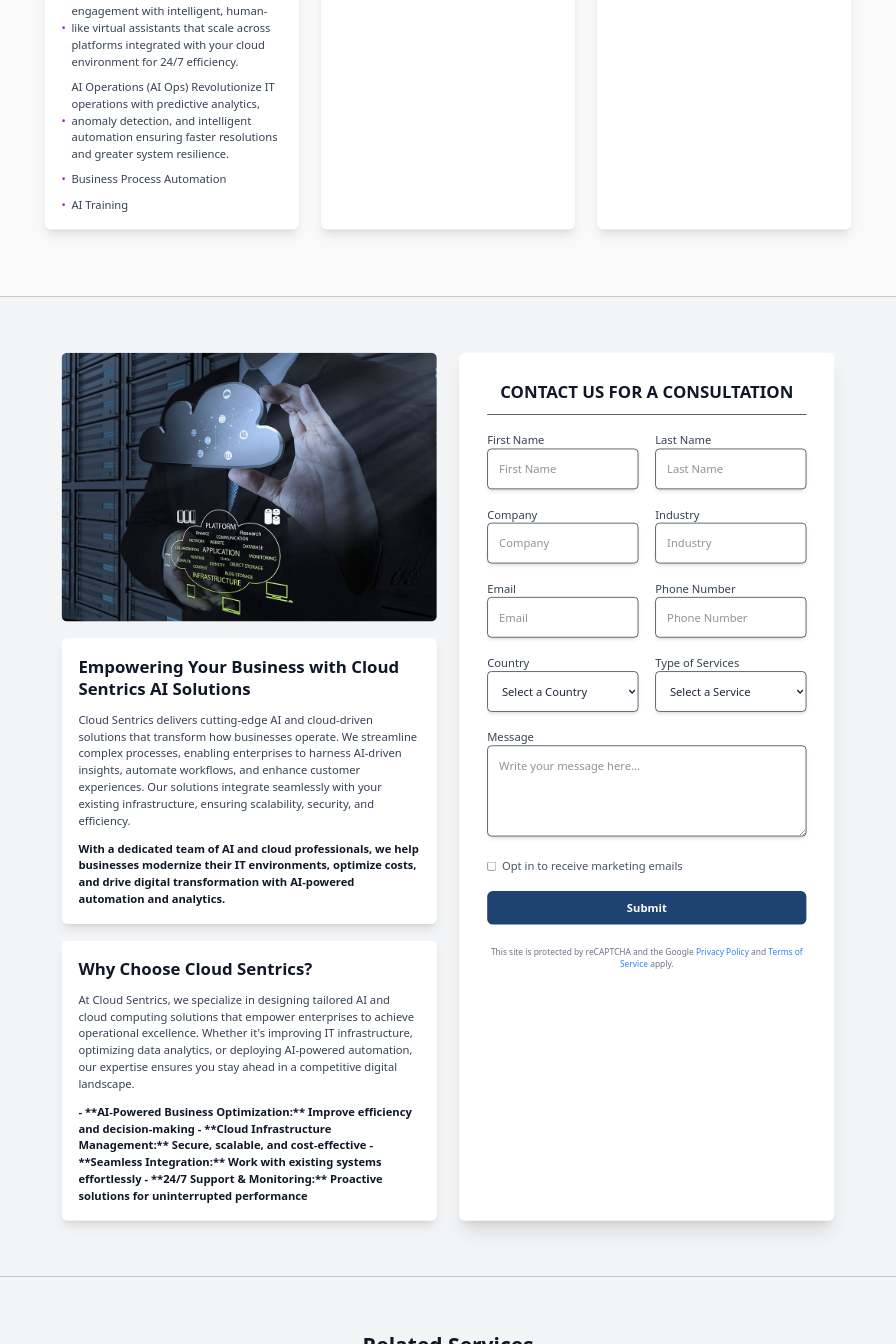
Repository: chykesure/cloudsentrics_
Page: /ai
The author's editor kept a copy of each file at every save. The page is drawn from the files as they stood at one save, then again after a run of saves.
The browser window is 1280 px wide. The pictures show the part of the page from y = 1567 to 3487 px (the page is 4328 px tall before and 4424 px after), at 70% of full size.
The page's requests for data from a server got no answer. The project was rebuilt for these pictures with package versions that can differ from the ones it lists, and the page was loaded fresh each time. No one was signed in, and anything a server would have sent is missing. Also part of the build but not shown: vite.config.js, src/pages/Header.jsx, src/pages/Footer.jsx, src/pages/students/Reviews.jsx, src/pages/students/Testimony.jsx, src/pages/students/TestimonyLanding.jsx, src/pages/LandingPage.jsx, src/pages/students/Header.jsx and 41 more.

Above is the page before, as saved 2025-04-09 20:17:13.

### src/index.css
@import "tailwindcss";

@keyframes zoomInOut {
    0% {
        transform: scale(1);
    }
    100% {
        transform: scale(1.1);
    }
}

.zoom-animation {
    animation: zoomInOut 5s infinite alternate ease-in-out;

}

### src/App.jsx
import { BrowserRouter as Router, Routes, Route } from "react-router-dom";
import LandingPage from "./pages/LandingPage";
import StudentPage from "./pages/students/StudentPage";
import AboutUs from "./pages/students/AboutUs/AboutUs";
import "./App.css";
import AWS from "./pages/students/courses/AWS";
import DevSecOps from "./pages/students/courses/DevSecOps";
import AZURE from "./pages/students/courses/AZURE";
import Blogs from "./pages/students/blogs/Blogs";
import EventsPage from "./pages/students/events/EventsPage";
import FloatsButtons from "./pages/FloatsButtons";
import PartnerPage from "./pages/partners/home/PartnerPage";
import Ai from "./pages/partners/menu/ai";
import CloudSecurity from "./pages/partners/menu/cloudsecurity";
import IOT from "./pages/partners/menu/iot";
import Technology from "./pages/partners/menu/technology";
import Workplace from "./pages/partners/menu/workplace";
import InsightMenu from "./pages/partners/main_menu/insight";
import NewsPage from "./pages/partners/main_menu/news";
import CaseStudy from "./pages/partners/main_menu/casestudy";
import AboutCloud from "./pages/partners/main_menu/aboutus";
import Careers from "./pages/partners/main_menu/careers";
import ContactUs from "./pages/partners/main_menu/contact";

function App() {
  return (
    <Router>
      <div className="flex flex-col min-h-screen">
        {/* Floating Buttons will always be visible */}
        <FloatsButtons />

        <div className="flex-grow pt-20"> {/* Adjust padding-top based on header height */}
          <Routes>

            {/* Student Section */}
            <Route path="/" element={<LandingPage />} />
            <Route path="/StudentPage" element={<StudentPage />} />
            <Route path="/about" element={<AboutUs />} />
            <Route path="/courses/AWS" element={<AWS />} />
            <Route path="/courses/Azure" element={<AZURE />} />
            <Route path="/courses/DevSecOps" element={<DevSecOps />} />
            <Route path="/blog" element={<Blogs />} />
            <Route path="/events" element={<EventsPage />} />

            {/* The Partner Section */}
            <Route path="/PartnerPage" element={<PartnerPage />} />
            <Route path="/ai" element={<Ai />} />
            <Route path="/cloud-security" element={<CloudSecurity />} />
            <Route path="/iot" element={<IOT />} />
            <Route path="/technology" element={<Technology />} />
            <Route path="/modern-workplace" element={<Workplace />} />
            <Route path="/insights" element={<InsightMenu />} />
            <Route path="/news" element={<NewsPage />} />
            <Route path="/case-studies" element={<CaseStudy />} />
            <Route path="/about-cloudsentrics" element={<AboutCloud />} />
            <Route path="/careers" element={<Careers />} />
            <Route path="/contact" element={<ContactUs />} />
          </Routes>
        </div>
      </div>
    </Router>
  );
}

export default App;

### src/pages/FloatsButtons.jsx
import { FaWhatsapp, FaArrowUp } from "react-icons/fa";
import { motion } from "framer-motion";

const FloatsButtons = () => {
    const scrollToTop = () => {
        window.scrollTo({ top: 0, behavior: "smooth" });
    };

    return (
        <>
            {/* Floating WhatsApp Button (Left) */}
            <motion.a
                href="https://wa.me/message/62QVNSESZ56FC1"
                target="_blank"
                rel="noopener noreferrer"
                className="fixed bottom-6 left-6 bg-green-500 text-white p-4 rounded-full shadow-lg flex items-center justify-center z-50"
                title="Chat with us on WhatsApp"
                animate={{ y: [0, -10, 0] }}
                transition={{ duration: 1.5, repeat: Infinity, repeatType: "reverse", ease: "easeInOut" }}
                whileHover={{ scale: 1.2 }}
            >
                <FaWhatsapp size={28} />
            </motion.a>

            {/* Floating Back to Top Button (Right) */}
            <motion.button
                onClick={scrollToTop}
                className="fixed bottom-6 right-6 bg-[#1e4272] text-white p-4 rounded-full shadow-lg flex items-center justify-center z-50"
                title="Back to Top"
                animate={{ y: [0, -10, 0] }}
                transition={{ duration: 1.5, repeat: Infinity, repeatType: "reverse", ease: "easeInOut" }}
                whileHover={{ scale: 1.2 }}
            >
                <FaArrowUp size={28} />
            </motion.button>
        </>
    );
};

export default FloatsButtons;

### src/pages/partners/menu/ai.jsx
import React from "react";
import Header from "../Header";
import { motion } from "framer-motion";
import { Link } from "react-router-dom";
import FormsPage from "./forms";
import RelatedServices from "./services";
import Footer from "../home/Footer";

const logo = "/assets/logo.jpg";
const aibg = "/assets/ai.jpg";

const Ai = () => {
    return (
        <div className="min-h-screen bg-[#0d1b2a] text-white">
            {/* Header Section */}
            <div className="flex justify-center px-6 md:px-12 py-6 bg-white shadow-lg w-full h-28 md:h-32 lg:h-40">
                <div className="flex items-center justify-between w-full max-w-[1200px] mx-auto h-full">

                    {/* Left: Logo and Branding - Fully Left-Aligned */}
                    <div className="absolute left-0 flex items-center w-auto h-full">
                        <Link to="/PartnerPage">
                            <img
                                src={logo}
                                alt="Cloudsentrics Logo"
                                className="h-20 md:h-28 lg:h-34 w-auto ml-9 transition-all duration-300"
                            />
                        </Link>
                    </div>

                    {/* Right: Navigation Menu - Centered */}
                    <motion.div
                        className="hidden md:flex flex-grow justify-center items-center space-x-6 lg:space-x-10 text-lg md:text-xl font-bold text-[#1e1e1e] tracking-wide h-full"
                        initial={{ opacity: 0, y: -10 }}
                        animate={{ opacity: 1, y: 0 }}
                        transition={{ duration: 0.6, ease: "easeOut" }}
                    >
                        {[
                            { label: "AI", path: "/ai" },
                            { label: "CLOUD & SECURITY", path: "/cloud-security" },
                            { label: "IOT", path: "/iot" },
                            { label: "MODERN WORKPLACE", path: "/modern-workplace" },
                            { label: "TECHNOLOGY", path: "/technology" }
                        ].map((item, index) => (
                            <Link key={index} to={item.path}>
                                <motion.span
                                    className="cursor-pointer transition-all duration-300 hover:text-blue-600 hover:scale-105 whitespace-nowrap"
                                    whileHover={{ scale: 1.1 }}
                                >
                                    {item.label}
                                </motion.span>
                            </Link>
                        ))}
                    </motion.div>

                </div>
            </div>



            <Header />

            {/* AI Section */}
            <section className="bg-[#f9f9f9] px-6 md:px-16 py-16 lg:py-24 grid grid-cols-1 lg:grid-cols-3 gap-12">
                {/* Left Text Content */}
                <div className="lg:col-span-2 animate__animated animate__fadeIn flex-shrink-0 space-y-6">
                    {/* Heading Section */}
                    <div className="text-center lg:text-left">
                        <h3 className="text-lg font-medium text-gray-500 uppercase tracking-wide">Artificial Intelligence</h3>
                        <h1 className="text-4xl md:text-5xl lg:text-6xl font-bold leading-tight mt-4 text-gray-800">
                            Harnessing the Power <br />  of Cloud-Integrated AI
                        </h1>
                    </div>

                    {/* Paragraph Content */}
                    <p className="text-lg text-gray-700 mt-6 leading-relaxed">
                        At Cloud Sentrics, we empower forward-thinking organizations to put Artificial Intelligence to work seamlessly integrated with cloud technologies for smarter, faster outcomes.

                        From automating critical business decisions to enabling intelligent collaboration across teams, we help you transform how work gets done. Whether it's enhancing operational efficiency, reimagining customer and employee experiences, or uncovering powerful insights from your data our AI-driven solutions are designed to accelerate innovation and unlock new business models.

                        With a deep focus on real-world impact, our comprehensive suite of cloud-native AI services ensures you gain measurable value faster, smarter, and more securely.

                        Let’s build the future of intelligent business together.
                    </p>

                    {/* Call to Action Button */}
                    <div className="flex justify-center lg:justify-start mt-8">
                        <a
                            href="#"
                            className="bg-[#1e4272] text-white text-center py-4 px-8 rounded-lg font-semibold text-lg shadow-md hover:bg-purple-800 hover:scale-105 transition duration-300 ease-in-out transform hover:translate-y-1 w-full md:w-auto"
                        >
                            Contact us to book a consultation
                        </a>
                    </div>
                </div>


                {/* Right AI Image */}
                <div className="lg:col-span-1 flex justify-center items-center flex-shrink-0">
                    <motion.img
                        src={aibg}
                        alt="AI Representation"
                        className="w-full max-w-lg rounded-lg shadow-2xl"
                        animate={{ y: [0, -10, 0] }}
                        transition={{ duration: 1.5, repeat: Infinity, ease: "easeInOut" }}
                    />
                </div>

                {/* Bottom Section */}
                <div className="lg:col-span-3 flex flex-col gap-6 w-full">

                    {/* Grid Content */}
                    <div className="grid grid-cols-1 md:grid-cols-2 lg:grid-cols-3 gap-8 mt-12 w-full">
                        {/* Aligned Services */}
                        <div className="bg-white p-6 rounded-lg shadow-lg border-gray-200 hover:scale-105 hover:shadow-xl flex-shrink-0 w-full">
                            <h4 className="text-2xl font-semibold text-gray-800">Cloud-Native AI Services Aligned for Impact</h4>
                            <p className="text-lg text-gray-700 mt-6 leading-relaxed">
                                At Cloud Sentrics, our AI-aligned services are designed to bridge the gap between innovation and readiness empowering organizations to adopt, scale, and operationalize Artificial Intelligence with confidence.
                            </p>
                            <ul className="mt-4 space-y-3 text-gray-700">
                                {[
                                    "Event: Accelerating AI Adoption – Closing the Readiness Gap Join our expert-led sessions focused on guiding businesses through practical steps for AI adoption addressing skill gaps, infrastructure challenges, and change management strategies.",
                                    "Conversational AI Enhance customer engagement with intelligent, human-like virtual assistants that scale across platforms integrated with your cloud environment for 24/7 efficiency.",
                                    "AI Operations (AI Ops) Revolutionize IT operations with predictive analytics, anomaly detection, and intelligent automation ensuring faster resolutions and greater system resilience.",
                                    "Business Process Automation",
                                    "AI Training"
                                ].map((service, index) => (
                                    <li key={index} className="flex items-center space-x-2">
                                        <span className="text-purple-600">•</span>
                                        <span>{service}</span>
                                    </li>
                                ))}
                            </ul>
                        </div>

                        {/* Why Choose Us? */}
                        <div className="bg-white p-6 rounded-lg shadow-lg border-gray-200 hover:scale-105 hover:shadow-xl flex-shrink-0 w-full">
                            <h4 className="text-2xl font-semibold text-gray-800">Why Choose Us?</h4>
                            <ul className="mt-4 space-y-3 text-gray-700">
                                {[
                                    "Industry-leading AI solutions tailored for your needs.",
                                    "Seamless AI integration with your existing infrastructure.",
                                    "Proven track record of AI-driven success.",
                                    "Expert guidance every step of the way."
                                ].map((reason, index) => (
                                    <li key={index} className="flex items-center space-x-2">
                                        <span className="text-green-600 text-lg">✔</span>
                                        <span>{reason}</span>
                                    </li>
                                ))}
                            </ul>
                        </div>

                        {/* Key Benefits of AI */}
                        <div className="bg-white p-6 rounded-lg shadow-lg border-gray-200 hover:scale-105 hover:shadow-xl flex-shrink-0 w-full">
                            <h4 className="text-2xl font-semibold text-gray-800">Key Benefits of AI</h4>
                            <ul className="mt-4 space-y-3 text-gray-700">
                                {[
                                    "Improved efficiency and productivity.",
                                    "Enhanced decision-making through data insights.",
                                    "Cost savings and operational optimization.",
                                    "Scalable solutions for future growth."
                                ].map((benefit, index) => (
                                    <li key={index} className="flex items-center space-x-2">
                                        <span className="text-blue-600 text-lg">⚡</span>
                                        <span>{benefit}</span>
                                    </li>
                                ))}
                            </ul>
                        </div>
                    </div>
                </div>
            </section>

            <section className="px-4 sm:px-6 md:px-6 lg:px-8 py-8 bg-gray-100">
                <FormsPage />
            </section>

            <section className="px-4 sm:px-6 md:px-6 lg:px-8 py-8 bg-gray-100">
                <RelatedServices />
            </section>

            {/* Footer Section */}
            <section className="px-0 sm:px-0 md:px-0 lg:px-0 py-8 bg-gray-100 w-full">
                <Footer />
            </section>

        </div>
    );
};

export default Ai;

### src/pages/partners/home/Footer.jsx
import React from 'react';
import { FaLinkedin, FaXTwitter, FaInstagram } from 'react-icons/fa6';
import { Link } from 'react-router-dom';

function Footer() {
    return (
        <footer className="bg-white text-black py-6 border-t border-gray-300 text-sm w-full">
            <div className="w-full px-6 lg:px-12">
                {/* Main Footer Section */}
                <div className="flex flex-col md:flex-row justify-between items-center text-center md:text-left">
                    <h3 className="font-bold text-lg text-blue-900">Powering Cloud-Integrated Digital Transformation</h3>

                    {/* Social Icons */}
                    <div className="flex space-x-4 mt-4 md:mt-0">
                        <a href="https://www.linkedin.com/posts/cloud-sentrics_cloud-sentrics-linkedin-activity-7291379079860117505-ve54?utm_source=share&utm_medium=member_android" target="_blank" rel="noopener noreferrer" className="text-gray-600 hover:text-black">
                            <FaLinkedin size={20} />
                        </a>
                        <a href="https://x.com/CloudSentrics" target="_blank" rel="noopener noreferrer" className="text-gray-600 hover:text-black">
                            <FaXTwitter size={20} />
                        </a>
                        <a href="https://www.instagram.com/cloudsentrics/" target="_blank" rel="noopener noreferrer" className="text-gray-600 hover:text-black">
                            <FaInstagram size={20} />
                        </a>
                    </div>
                </div>

                {/* Footer Links */}
                <div className="mt-4 text-center md:text-left">
                    <p>© {new Date().getFullYear()} All rights reserved |
                        <Link to="#" className="ml-2 hover:text-blue-600">Privacy Notice</Link> |
                        <Link to="#" className="ml-2 hover:text-blue-600">Terms & Conditions</Link> |
                        <Link to="#" className="ml-2 hover:text-blue-600">Website T&Cs</Link> |
                        <Link to="#" className="ml-2 hover:text-blue-600">Cookies Policy</Link> |
                        <Link to="#" className="ml-2 hover:text-blue-600">Anti-Slavery Policy</Link> |
                        <Link to="#" className="ml-2 hover:text-blue-600">Sitemap</Link> |
                        <Link to="#" className="ml-2 hover:text-blue-600">Learn more</Link>
                    </p>
                </div>
            </div>
        </footer>
    );
}

export default Footer;

### src/pages/partners/menu/services.jsx
import React from "react";
import { motion } from "framer-motion";

const ai_trainning = "/assets/ai_trainning.jpg";
const ai_conversation = "/assets/ai_conversation.jpg";
const ai_ops = "/assets/ai_ops.jpg";
const bpa = "/assets/bpa.jpg";

const RelatedServices = () => {
    const services = [
        {
            title: "Conversational AI",
            description:
                "Boost engagement and productivity with a next generation customer experience",
            image: ai_conversation,
        },
        {
            title: "AI Ops",
            description:
                "Ensure resilience and prevent and resolve incidents with AIOps",
            image: ai_ops,
        },
        {
            title: "Business Process Automation",
            description:
                "Accelerate how work gets done and amplify digital efficiencies",
            image: bpa,
        },
        {
            title: "AI Training",
            description:
                "Discover the true business value of artificial intelligence",
            image: ai_trainning,
        },
    ];

    return (
        <section className="py-12 bg-gray-100">
            <div className="container mx-auto px-6 text-center">
                <h2 className="text-3xl font-bold text-gray-900 mb-6">
                    Related Services
                </h2>
                <div className="w-16 h-1 bg-blue-600 mx-auto mb-8"></div>
                <div className="grid grid-cols-1 md:grid-cols-2 lg:grid-cols-4 gap-8">
                    {services.map((service, index) => (
                        <motion.div
                            key={index}
                            className="relative bg-white rounded-lg shadow-lg overflow-hidden min-h-[400px]"
                            whileHover={{ scale: 1.05, y: -5 }}
                            transition={{ type: "spring", stiffness: 200, damping: 10 }}
                        >
                            <img
                                src={service.image}
                                alt={service.title}
                                className="w-full h-64 md:h-80 object-cover"
                            />
                            <div className="p-6">
                                <h3 className="text-xl font-semibold text-gray-800 mb-2">
                                    {service.title}
                                </h3>
                                <p className="text-gray-600">{service.description}</p>
                            </div>
                        </motion.div>
                    ))}
                </div>
            </div>
        </section>
    );
};

export default RelatedServices;

Loaded but not shown: index.html (common file); src/main.jsx (common file); src/pages/students/AboutUs/AboutUs.jsx (399 lines, source omitted); src/pages/partners/menu/forms.jsx (209 lines, source omitted); src/pages/partners/Header.jsx (114 lines, source omitted)

After the next 3 saves:
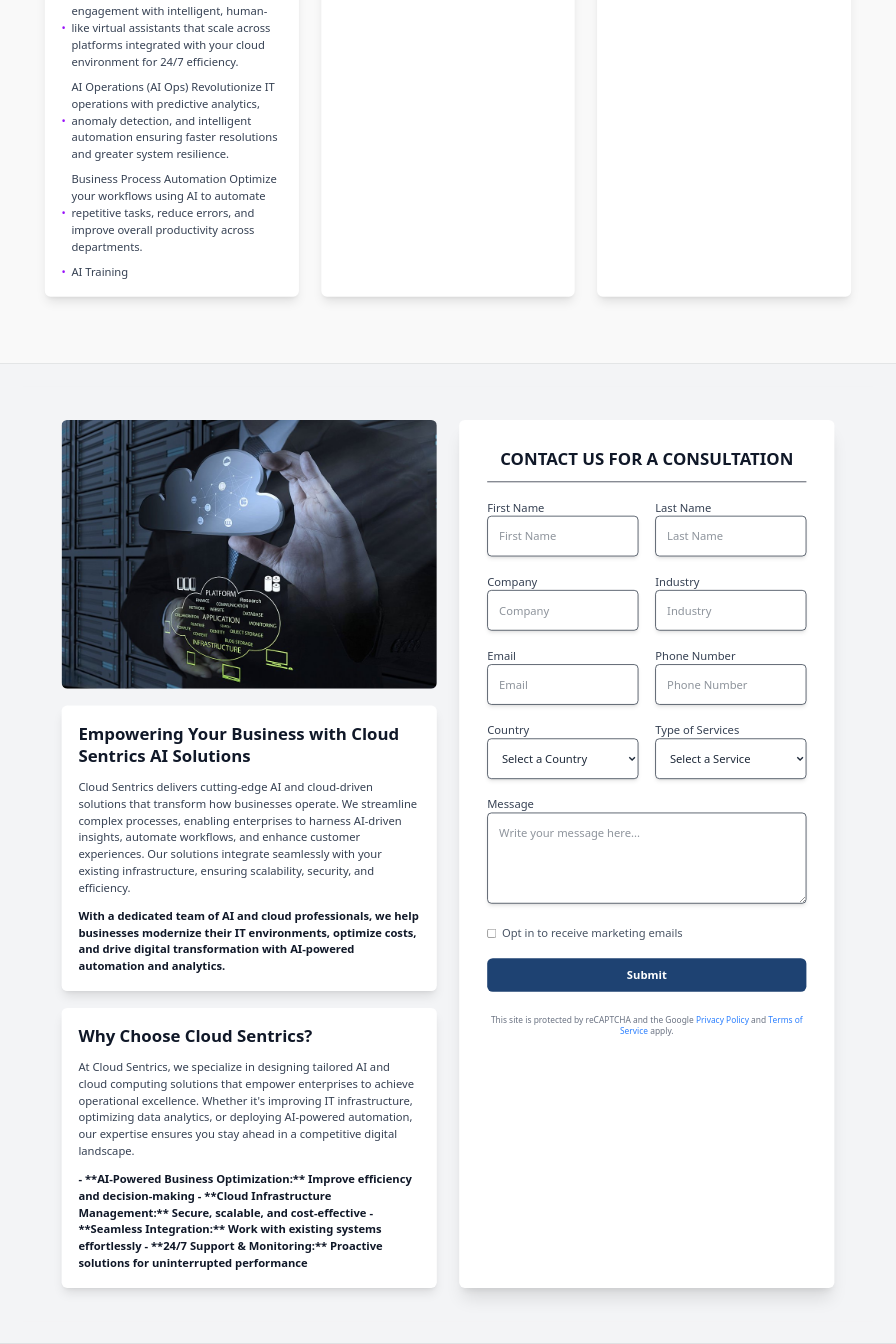
The 3 saves are shown as one change because 1 did not build or start and some came seconds apart.
The last was saved 26 s later.
--- a/src/pages/partners/menu/ai.jsx
+++ b/src/pages/partners/menu/ai.jsx
@@ -121,7 +121,7 @@
                                     "Event: Accelerating AI Adoption – Closing the Readiness Gap Join our expert-led sessions focused on guiding businesses through practical steps for AI adoption addressing skill gaps, infrastructure challenges, and change management strategies.",
                                     "Conversational AI Enhance customer engagement with intelligent, human-like virtual assistants that scale across platforms integrated with your cloud environment for 24/7 efficiency.",
                                     "AI Operations (AI Ops) Revolutionize IT operations with predictive analytics, anomaly detection, and intelligent automation ensuring faster resolutions and greater system resilience.",
-                                    "Business Process Automation",
+                                    "Business Process Automation Optimize your workflows using AI to automate repetitive tasks, reduce errors, and improve overall productivity across departments.",
                                     "AI Training"
                                 ].map((service, index) => (
                                     <li key={index} className="flex items-center space-x-2">
